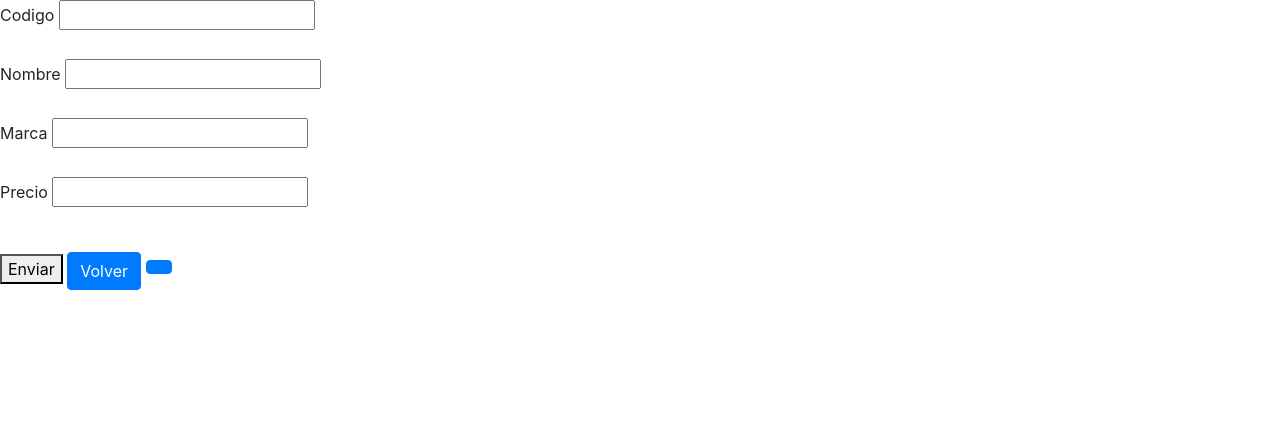
Repository: Alemartinez97/New-Repository
Page: programacion-3/tp4/servicios/formulario/form.html
These files come from the project's save history. The page is drawn as it stood at one moment and after the next save; the edit follows.
The browser window is 1280 px wide. The pictures show the whole page.

Above is the page before, as saved 2020-06-11 16:05:07.
Not found: programacion-3/tp4/servicios/formulario/main.js

### programacion-3/tp4/servicios/formulario/form.html

<!DOCTYPE html>
<html>

<head>
    <meta charset="utf-8" />
    <meta http-equiv="X-UA-Compatible" content="IE=edge">
    <title>Page Title</title>
    <meta name="viewport" content="width=device-width, initial-scale=1">
    <link rel="stylesheet" href="https://stackpath.bootstrapcdn.com/bootstrap/4.5.0/css/bootstrap.min.css" integrity="sha384-9aIt2nRpC12Uk9gS9baDl411NQApFmC26EwAOH8WgZl5MYYxFfc+NcPb1dKGj7Sk" crossorigin="anonymous">
    <script src="main.js"></script>
</head>

<body>
    <form class="form-group">
		<label for="">Codigo</label>
        <input type="text" id="codigo"><br>
    </br>
        <label for="">Nombre</label>
        <input type="text" id="nombre"><br>
    </br>
		<label for="">Marca</label>
        <input type="text" id="marca"><br>
    </br>
		<label for="">Precio</label>
        <input type="text" id="precio"><br>
</br>
        </button>
	</form>

    <button onclick="enviarDatos()">Enviar</button>
    <a href="producto.html" class="btn btn-primary">Volver</a>
    <h3 id="resultado" class="btn btn-primary"></h3>

    <script src="./js/tp3.js"></script>
</body>

</html>

### programacion-3/tp3/js/tp3.js
function enviarDatos() {


    let codigo = document.getElementById("codigo").value;
    let nombre = document.getElementById("nombre").value;
    let marca = document.getElementById("marca").value;
    let precio= document.getElementById("precio").value;

    let request = { codigo: codigo, nombre: nombre, marca: marca,precio: precio };

        document.getElementById("resultado").innerHTML = JSON.stringify(request);
        console.log("Detalle Producto: ",request)

        setTimeout(function() {
            document.getElementById("resultado").innerHTML = JSON.stringify(request) + "... Enviada exitosamente";
        }, 3000);
    }

### programacion-3/tp4/js/tarea.js
function enviarDatos() {


    let estado = document.getElementById("estado").value;
    let nombre = document.getElementById("nombre").value;
    let descripcion = document.getElementById("descripcion").value;

    let request = { estado: estado, nombre: nombre, descripcion: descripcion};

        document.getElementById("resultado").innerHTML = JSON.stringify(request);
        console.log("Detalle Tarea: ",request);
        setTimeout(function() {
            debugger
            alert("Enviado");
            document.getElementById("resultado").innerHTML = JSON.stringify(request) + "... Enviada exitosamente";
        }, 3000);
    }

After the next save:
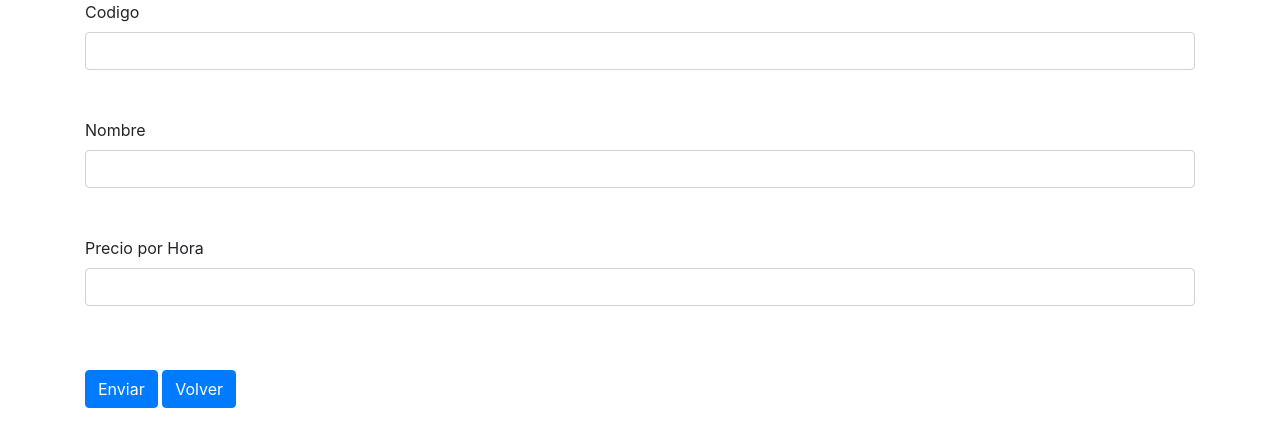
Saved 114 s later.
--- a/programacion-3/tp4/servicios/formulario/form.html
+++ b/programacion-3/tp4/servicios/formulario/form.html
@@ -5,34 +5,30 @@
 <head>
     <meta charset="utf-8" />
     <meta http-equiv="X-UA-Compatible" content="IE=edge">
-    <title>Page Title</title>
+    <title>Nuevo Servicio</title>
     <meta name="viewport" content="width=device-width, initial-scale=1">
     <link rel="stylesheet" href="https://stackpath.bootstrapcdn.com/bootstrap/4.5.0/css/bootstrap.min.css" integrity="sha384-9aIt2nRpC12Uk9gS9baDl411NQApFmC26EwAOH8WgZl5MYYxFfc+NcPb1dKGj7Sk" crossorigin="anonymous">
-    <script src="main.js"></script>
 </head>
 
 <body>
-    <form class="form-group">
-		<label for="">Codigo</label>
-        <input type="text" id="codigo"><br>
-    </br>
-        <label for="">Nombre</label>
-        <input type="text" id="nombre"><br>
-    </br>
-		<label for="">Marca</label>
-        <input type="text" id="marca"><br>
-    </br>
-		<label for="">Precio</label>
-        <input type="text" id="precio"><br>
-</br>
-        </button>
-	</form>
+    <div class="container">
+        <form class="form-group">
+            <label for="codigo" >Codigo</label>
+            <input type="text" id="codigo" class="form-control"  aria-describedby="emailHelp" required="true"><br>
+        </br>
+            <label for="">Nombre</label>
+            <input type="text" id="nombre" class="form-control"  aria-describedby="emailHelp" required><br>
+        </br>
+            <label for="">Precio por Hora</label>
+            <input type="text" id="descripcion" class="form-control"  aria-describedby="emailHelp" required><br>
+        </br>
+        </form>
 
-    <button onclick="enviarDatos()">Enviar</button>
-    <a href="producto.html" class="btn btn-primary">Volver</a>
-    <h3 id="resultado" class="btn btn-primary"></h3>
-
-    <script src="./js/tp3.js"></script>
+        <button onclick="enviarDatos()" class="btn btn-primary">Enviar</button>
+        <a href="../servicio.html" class="btn btn-primary">Volver</a>
+        <h3 id="resultado"></h3>
+        <script src="../../js/tarea.js"></script>
+    </div>
 </body>
 
 </html>
